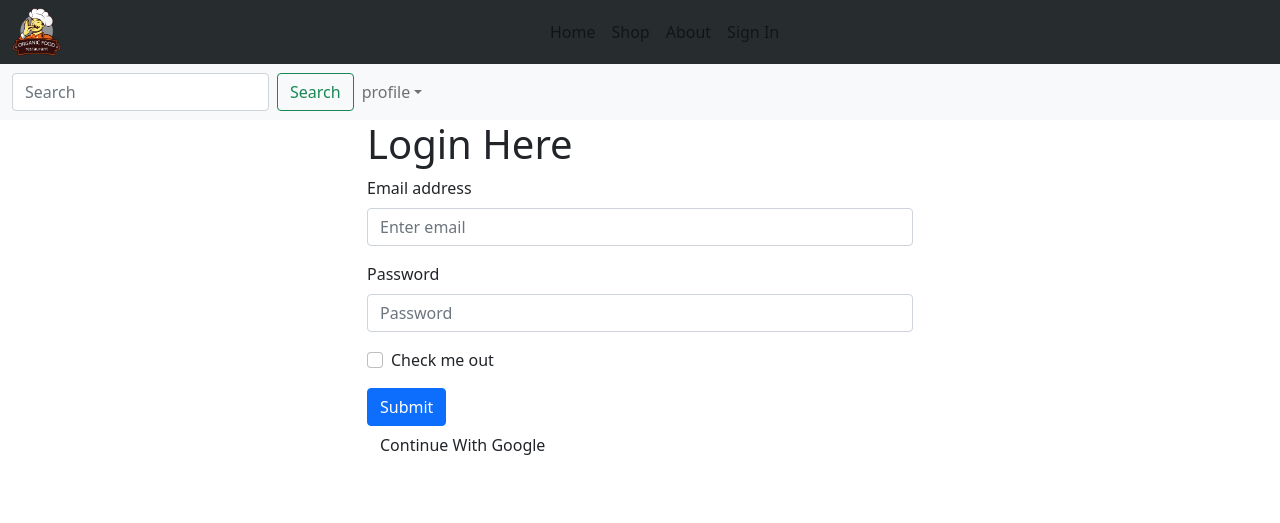
Repository: mdrubel02/organic-food-restaurnat
Page: /signIn
An editor plug-in stored every save of this project. The page is shown before and after the next save, followed by the edit.
The browser window is 1280 px wide. The pictures show the whole page.
The page's requests for data from a server got no answer. The project was rebuilt for these pictures with package versions that can differ from the ones it lists, and the page was loaded fresh each time. No one was signed in, and anything a server would have sent is missing. Also part of the build but not shown: src/Components/About/About.js, src/Components/Home/Home.js, src/Components/Loading/Loading.js, src/Components/UserEntry/SignUp.js. Imported but missing from the stored project, and not drawn on this page: src/Components/Shop/Shop.js.

Above is the page before, as saved 2022-07-07 14:17:49.

### src/index.css
@import url('https://fonts.googleapis.com/css2?family=Poppins:wght@300;400;500;600&display=swap');

* {
    margin: 0;
    padding: 0;
    border: 0;
    outline: 0;
    box-sizing: border-box;
    list-style: none;
    text-decoration: none;
}

:root {
    --color-bg: #272D2F;
    --color-bg-variant: #ffec78;
    --color-primary: #eb671b;
    --color-primary-variant: #310e0e;

    --transition: all 400ms ease;
}

body {
    font-family: 'Poppins', sans-serif;
}

h1,
h2,
h3,
h4,
h5,
h6 {
    font-weight: 500;
}

a {
    color: var(--color-primary);
    transition: var(--transition);
}

a:hover {
    color: var(--color-white);
}

.button {
    text-align: center;
    width: max-content;
    display: inline-block;
    color: var(--color-primary);
    padding: 0.75rem 1.2rem;
    border-radius: 0.4rem;
    border: 1px solid var(--color-primary);
    transition: var(--transition);
}

.button:hover {
    background: var(--color-white);
    color: var(--color-bg);
    border-color: transparent;
}

.button-primary {
    background: var(--color-primary);
    color: var(--color-bg);
}

img {
    display: block;
    width: 100%;
    object-fit: cover;
}

### src/App.js
import { Route, Routes } from "react-router-dom";
import About from "./Components/About/About.js";
import HeaderOne from "./Components/Header/HeaderOne.js";
import HeaderTwo from "./Components/Header/HeaderTwo.js";
import Home from "./Components/Home/Home";
import Shop from "./Components/Shop/Shop.js";
import SignIn from "./Components/UserEntry/SignIn.js";
import SignUp from "./Components/UserEntry/SignUp.js";


function App() {
  return (
    <div>
      <HeaderOne />
      <HeaderTwo />
      <Routes>
        <Route path="/" element={<Home />} />
        <Route path="/shop" element={<Shop />} />
        <Route path="/about" element={<About />} />
        <Route path="/signIn" element={<SignIn />} />
        <Route path="/signUp" element={<SignUp />} />
      </Routes>
    </div>
  );
}

export default App;

### src/Components/Header/HeaderOne.js
import React from 'react';
import './HeaderOne.css'
import Container from 'react-bootstrap/Container';
import { Navbar, Nav } from 'react-bootstrap';
import logo from '../../Accets/restaurant logo.png'
import { Link } from 'react-router-dom';
import { useAuthState } from 'react-firebase-hooks/auth';
import { auth } from '../../firebase.init';
import { signOut } from 'firebase/auth';


const HeaderOne = () => {
    const [user] = useAuthState(auth)
    const logout = () => {
        signOut(auth);
      };
    return (
        <Navbar className='one'>
            <Container fluid>
                <Link to='/'>
                    <img className='logo img' src={logo} alt="" />
                </Link>
                <Nav className="mx-auto">
                    <Nav.Link  as={Link} to="/">Home</Nav.Link>
                    <Nav.Link  as={Link} to="/shop">Shop</Nav.Link>
                    <Nav.Link  as={Link} to="/about">About</Nav.Link>
                    {user?.email ?<Nav.Link onClick={logout} >LogOut</Nav.Link> : <Nav.Link  as={Link} to="/signIn">Sign In</Nav.Link>}
                </Nav>
            </Container>
        </Navbar>
    );
};

export default HeaderOne;

### src/Components/Header/HeaderTwo.js
import React from 'react';
import { Button, Container, Form, Nav, Navbar, NavDropdown } from 'react-bootstrap';


const HeaderTwo = () => {

    return (
        <Navbar bg="light" expand="lg">
            <Container fluid>

                <Form className="d-flex">
                    <Form.Control
                        type="search"
                        placeholder="Search"
                        className="me-2"
                        aria-label="Search"
                    />
                    <Button variant="outline-success">Search</Button>
                </Form>

                <Nav
                    className="me-auto my-2 my-lg-0"
                    style={{ maxHeight: '100px' }}
                    navbarScroll
                >
                    <NavDropdown title="profile" >
                        <NavDropdown.Item href="#action/3.1">Action</NavDropdown.Item>
                        <NavDropdown.Item href="#action/3.2">
                            Another action
                        </NavDropdown.Item>
                        <NavDropdown.Item href="#action/3.3">Something</NavDropdown.Item>
                        <NavDropdown.Divider />
                        <NavDropdown.Item href="#action/3.4">
                            Separated link
                        </NavDropdown.Item>
                    </NavDropdown>
                </Nav>


            </Container>
        </Navbar>
    );
};

export default HeaderTwo;

### src/Components/UserEntry/SignIn.js
import { Form, Button, Container, Row, Col } from 'react-bootstrap';
import { useForm } from "react-hook-form";
import { auth } from '../../firebase.init';
import { useSignInWithEmailAndPassword, useSignInWithGoogle } from 'react-firebase-hooks/auth'
import { useNavigate } from 'react-router-dom';
import Loading from '../Loading/Loading';


const SignIn = () => {
    const [signInWithGoogle, googleUser, googleLoading, googleError] = useSignInWithGoogle(auth);
    const [
        signInWithEmailAndPassword,
        user,
        loading,
        error,
    ] = useSignInWithEmailAndPassword(auth);
    const { register, handleSubmit, reset, formState: { errors } } = useForm();
    const navigate = useNavigate();

    if (user || googleUser) {
        navigate('/')
    }
    if (loading || googleLoading) {
        return <Loading></Loading>
    }

    const onSubmit = (data, event) => {
        event.preventDefault();
        console.log(data.Email, data.password);
        console.log(event);
        signInWithEmailAndPassword(data.Email, data.password)
        // console.log(watch())
        reset();

    }
    console.log(error, googleError);
    return (
        <div>
            <Container>
                <Row>
                    <Col lg={3}></Col>
                    <Col lg={6}>
                        <h1>Login Here</h1>
                        <Form onSubmit={handleSubmit(onSubmit)}>

                            <Form.Group className="mb-3">
                                <Form.Label>Email address</Form.Label>
                                <Form.Control
                                    type="Email"
                                    placeholder="Enter email"
                                    {...register("Email", {
                                        // required: {
                                        //     value: true,
                                        //     message: 'please Valid name here'
                                        // },
                                        pattern: {
                                            value: "",
                                            message: 'Please Valid Email'
                                        }
                                    }
                                    )}
                                />
                                {errors.Email?.type === "pattern" && <Form.Text className="text-muted">
                                    {errors.Email.message}
                                </Form.Text>}
                            </Form.Group>

                            <Form.Group className="mb-3">
                                <Form.Label>Password</Form.Label>
                                <Form.Control
                                    type="password"
                                    placeholder="Password"
                                    {...register("password", {
                                        pattern: {
                                            value: true,
                                            message: 'Please strong password'
                                        }
                                    })}
                                />
                                {errors.password?.type === "pattern" && <Form.Text className="text-muted">
                                    {errors.password.message}
                                </Form.Text>}
                            </Form.Group>

                            <Form.Group className="mb-3" controlId="formBasicCheckbox">
                                <Form.Check type="checkbox" label="Check me out" />
                            </Form.Group>
                            <Button variant="primary" type="submit">
                                Submit
                            </Button>
                        </Form>
                        <button onClick={() => signInWithGoogle()} className="btn btn-outline">Continue With Google</button>
                    </Col>
                    <Col lg={3}></Col>
                </Row>
            </Container>
        </div>
    );
};

export default SignIn;

### src/Components/Header/HeaderOne.css
.one{
    background-color: var(--color-bg);
}
.logo{
    height: 3rem;
}

### src/firebase.init.js
// Import the functions you need from the SDKs you need
import { initializeApp } from "firebase/app";
import { getAnalytics } from "firebase/analytics";
import { getAuth} from "firebase/auth";
// TODO: Add SDKs for Firebase products that you want to use
// https://firebase.google.com/docs/web/setup#available-libraries

// Your web app's Firebase configuration
// For Firebase JS SDK v7.20.0 and later, measurementId is optional
const firebaseConfig = {
  apiKey: "AIzaSyC67rcJ6pbswDAckCxlmYr845iPSXxy_uo",
  authDomain: "organic-food-shop-f7d20.firebaseapp.com",
  projectId: "organic-food-shop-f7d20",
  storageBucket: "organic-food-shop-f7d20.appspot.com",
  messagingSenderId: "306726648260",
  appId: "1:306726648260:web:4684ff44713f09cfbf4c91",
  measurementId: "G-KPR1W6BEBC"
};

// Initialize Firebase

const firebaseApp =initializeApp(firebaseConfig)
const analytics = getAnalytics(firebaseApp);

export const auth = getAuth(firebaseApp)
export default firebaseApp

Loaded but not shown: public/index.html (common file); src/index.js (common file); src/reportWebVitals.js (common file)

After the next save:
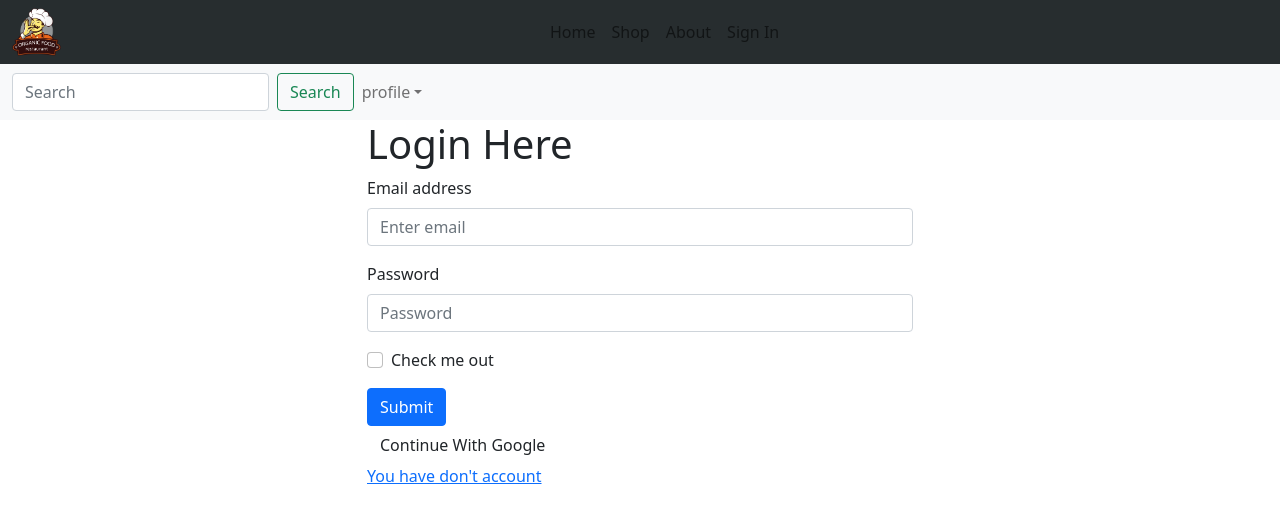
Saved 4 min 42 s later.
--- a/src/Components/UserEntry/SignIn.js
+++ b/src/Components/UserEntry/SignIn.js
@@ -2,7 +2,7 @@ import { Form, Button, Container, Row, Col } from 'react-bootstrap';
 import { useForm } from "react-hook-form";
 import { auth } from '../../firebase.init';
 import { useSignInWithEmailAndPassword, useSignInWithGoogle } from 'react-firebase-hooks/auth'
-import { useNavigate } from 'react-router-dom';
+import { Link, useNavigate } from 'react-router-dom';
 import Loading from '../Loading/Loading';
 
 
@@ -90,6 +90,7 @@ const SignIn = () => {
                             </Button>
                         </Form>
                         <button onClick={() => signInWithGoogle()} className="btn btn-outline">Continue With Google</button>
+                        <Link to='/signUp'><p>You have don't account</p></Link>
                     </Col>
                     <Col lg={3}></Col>
                 </Row>
